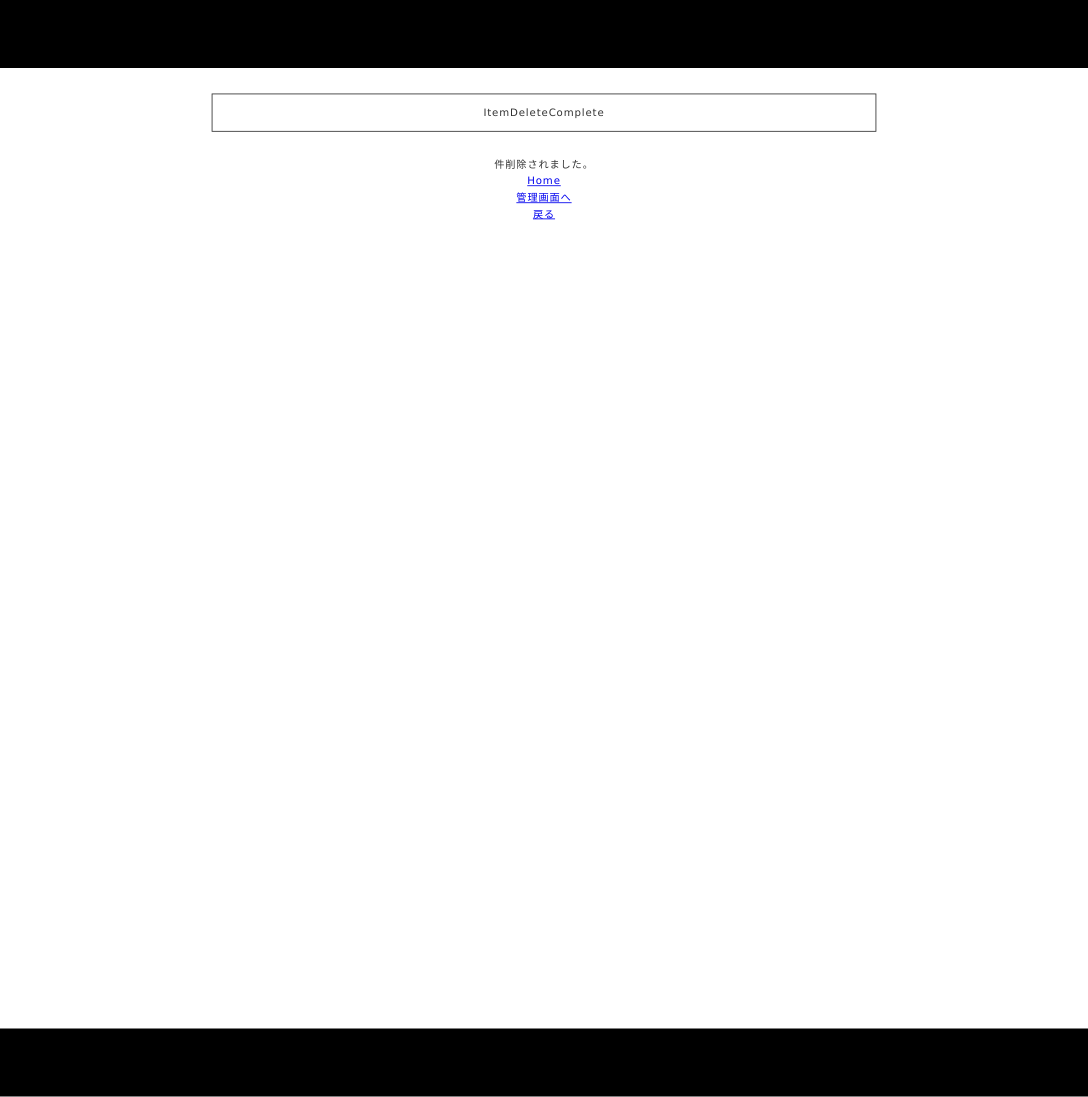
Repository: y321sudo/test2
Page: http://localhost/Yukazon/itemDeleteComplete.jsp
The author's editor kept a copy of each file at every save. The page is drawn from the files as they stood at one save, then again after the next save.
The browser window is 1280 px wide. The pictures show the whole page, at 85% of full size.
The page is served by Tomcat 9.

Above is the page before, as saved 2018-02-28 05:28:42.

After the next save:
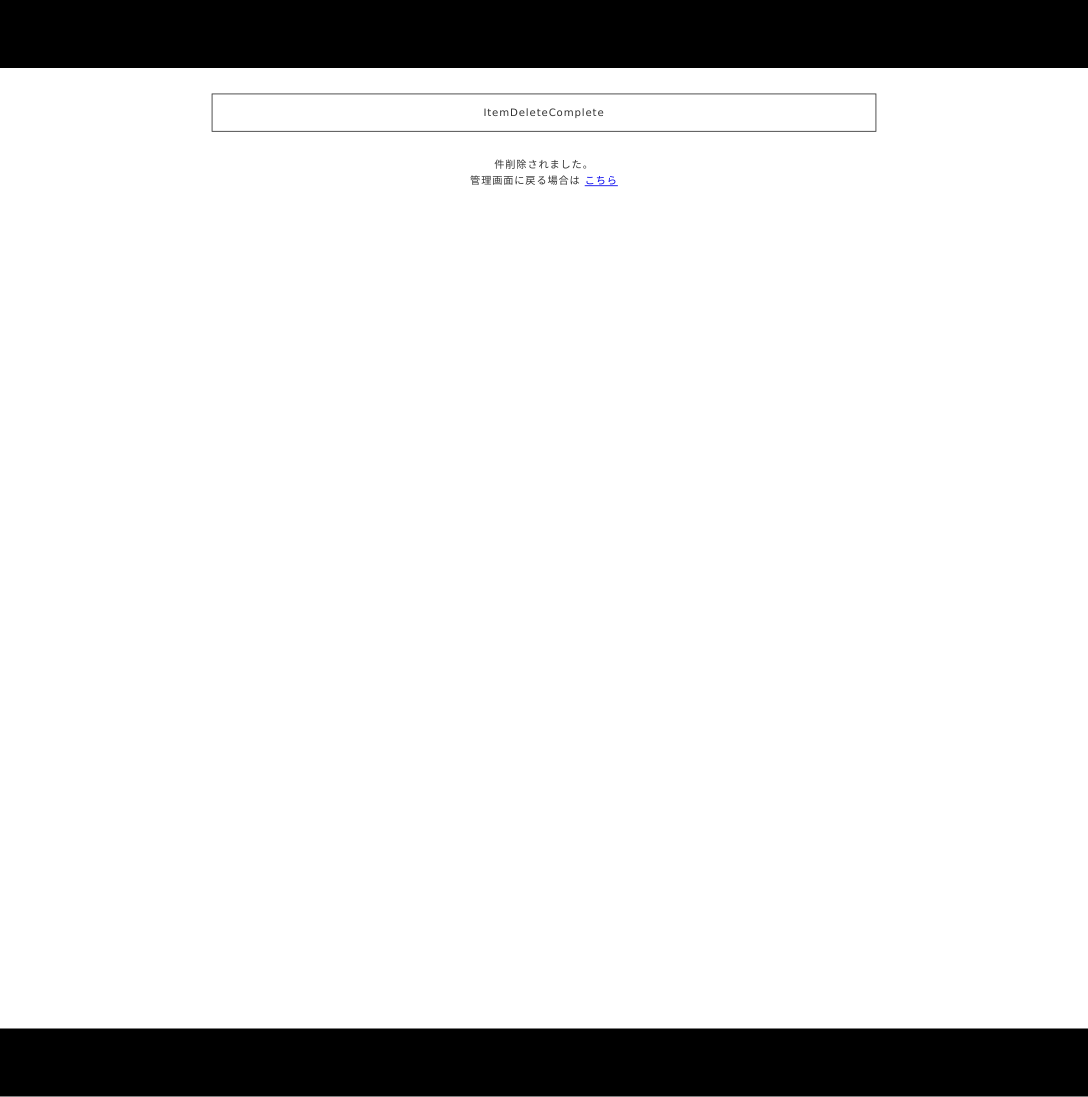
Saved 67 s later.
--- a/Yukazon/WebContent/itemDeleteComplete.jsp
+++ b/Yukazon/WebContent/itemDeleteComplete.jsp
@@ -12,7 +12,7 @@
 <meta name="description" content="" />
 <meta name="keywords" content="" />
 <meta charset="utf-8">
-<title>ItemDeleteComplete画面</title>
+<title>商品削除完了画面</title>
 <style type="text/css">
 	/* ========TAG LAYOUT======== */
 		body {
@@ -71,13 +71,10 @@
 			<s:property value="session.itemDeleteListSize"/><span>件削除されました。</span>
 		</div>
 		<div>
-			<a href='<s:url action="GoHomeAction"/>'>Home</a>
-		</div>
-		<div>
-			<a href='<s:url action="HomeAction"/>'>管理画面へ</a>
-		</div>
-		<div>
-			<a href='<s:url action="GoItemDeleteAction"/>'>戻る</a>
+			<div>
+				<span>管理画面に戻る場合は</span>
+				<a href="http://localhost:8080/Yukazon/master.jsp">こちら</a>
+			</div>
 		</div>
 	</div>
 
